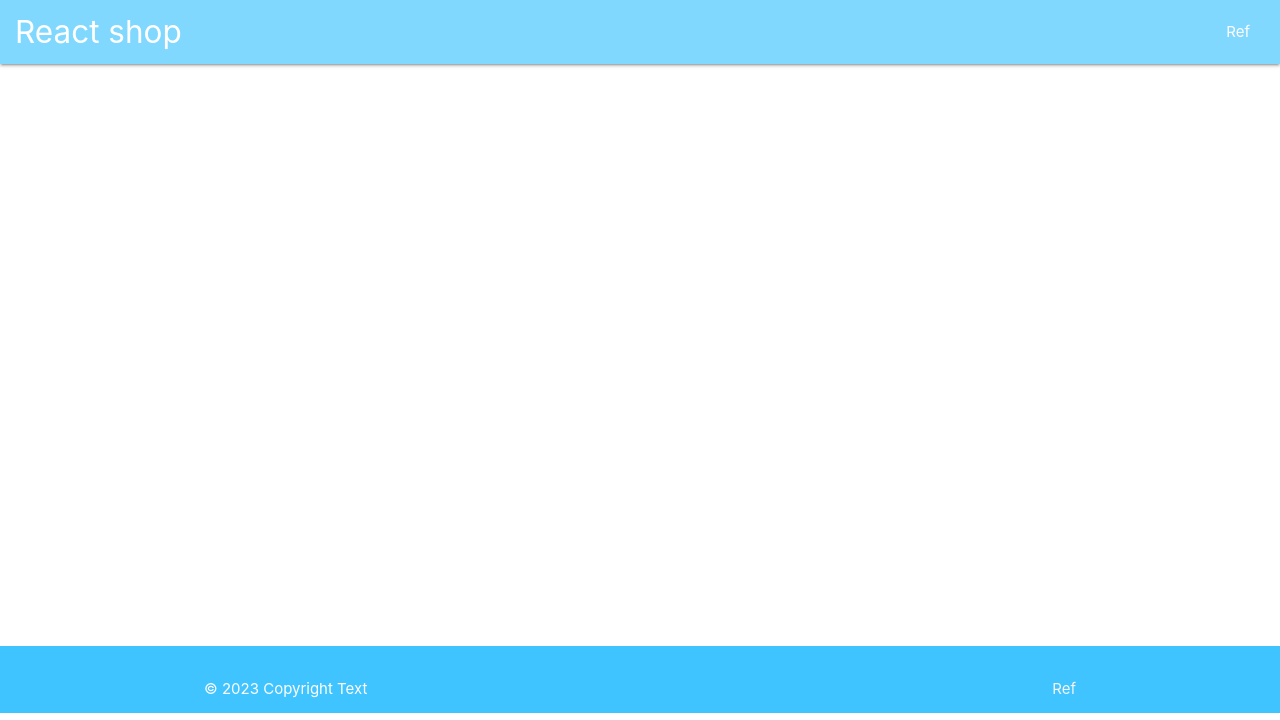
Repository: qui-qui-qui/react-recipe
Page: /
The author's editor kept a copy of each file at every save. The page is drawn from the files as they stood at one save, then again after a run of saves.
The browser window is 1280 px wide. The pictures show the whole page.
The project was rebuilt for these pictures with package versions that can differ from the ones it lists, and the page was loaded fresh each time. Also part of the build but not shown: src/pages/About.jsx, src/pages/Contact.jsx.

Above is the page before, as saved 2023-01-09 15:04:59.

After the next 2 saves:
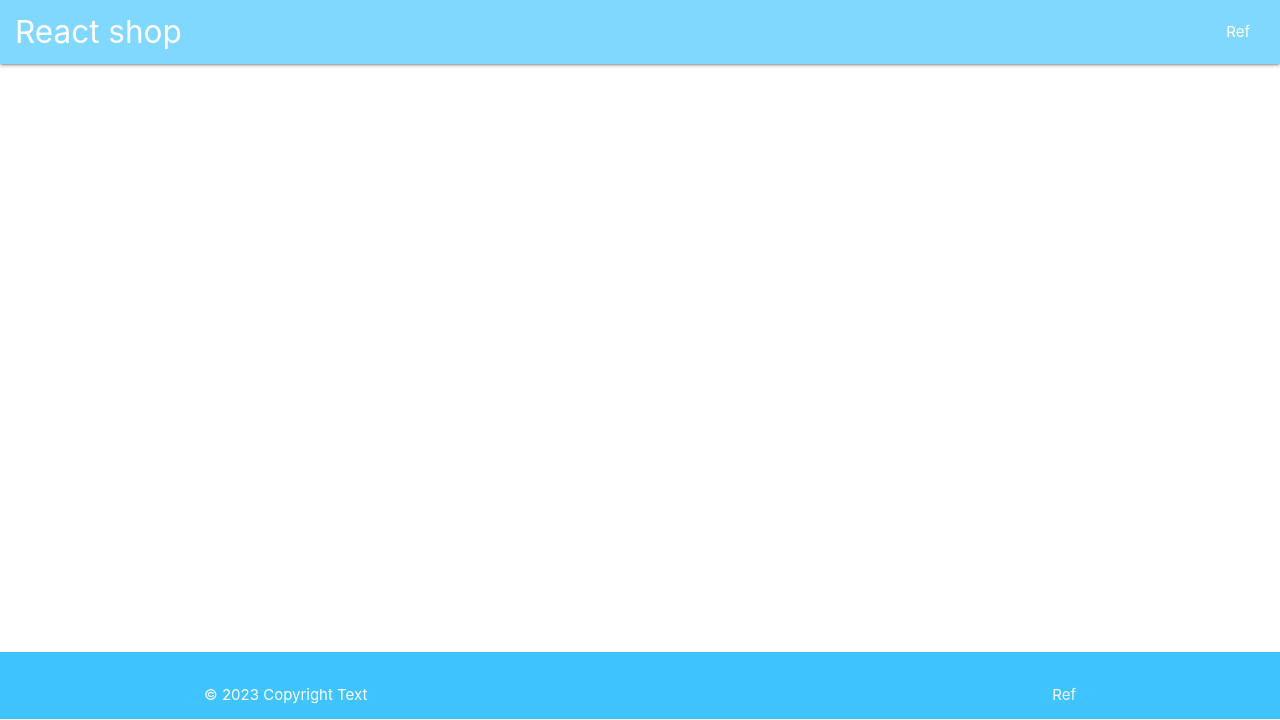
The 2 saves are shown as one change because they came seconds apart.
The last was saved 12 s later.
--- a/src/index.css
+++ b/src/index.css
@@ -12,7 +12,7 @@ nav {
 }
 
 .content {
-  min-height: calc(100vh - 70px - 68px);
+  min-height: calc(100vh - 70px - 62px);
   padding: 1.5rem 0;
 }
 
